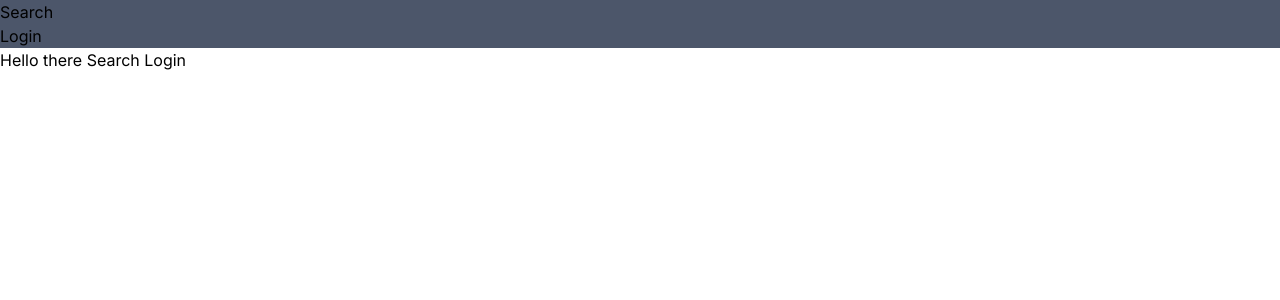
Repository: Qu4ntumGuy/project-bug
Page: /
An editor plug-in stored every save of this project. The page is shown before and after the next save, followed by the edit.
The browser window is 1280 px wide. The pictures show the whole page.
The project was rebuilt for these pictures with package versions that can differ from the ones it lists, and the page was loaded fresh each time. The framework's server and built-in components were replaced by stand-ins that run in the browser. Also part of the build but not shown: next.config.mjs.

Above is the page before, as saved 2024-02-11 22:02:32.

After the next save:
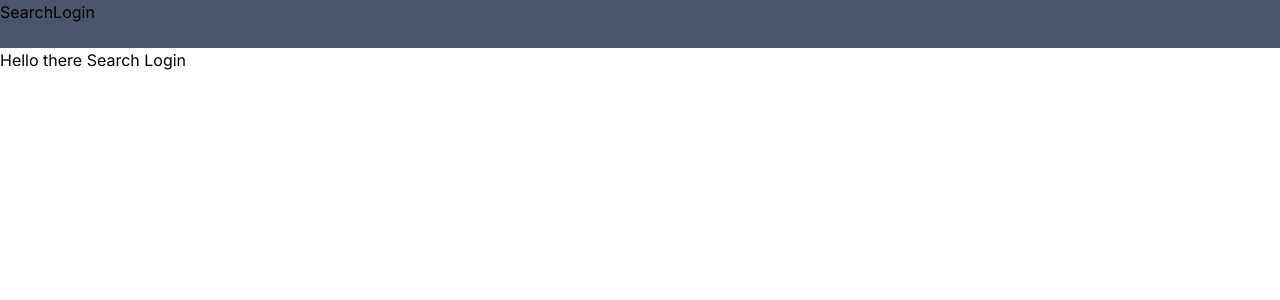
Saved 16 s later.
--- a/src/components/Navbar.js
+++ b/src/components/Navbar.js
@@ -1,7 +1,7 @@
 export default function Navbar() {
   return (
     <nav className="h-12 w-full bg-[#4C566A] flex">
-      <ul>
+      <ul className="flex">
         <li>
           <a href="/search">Search</a>
         </li>
